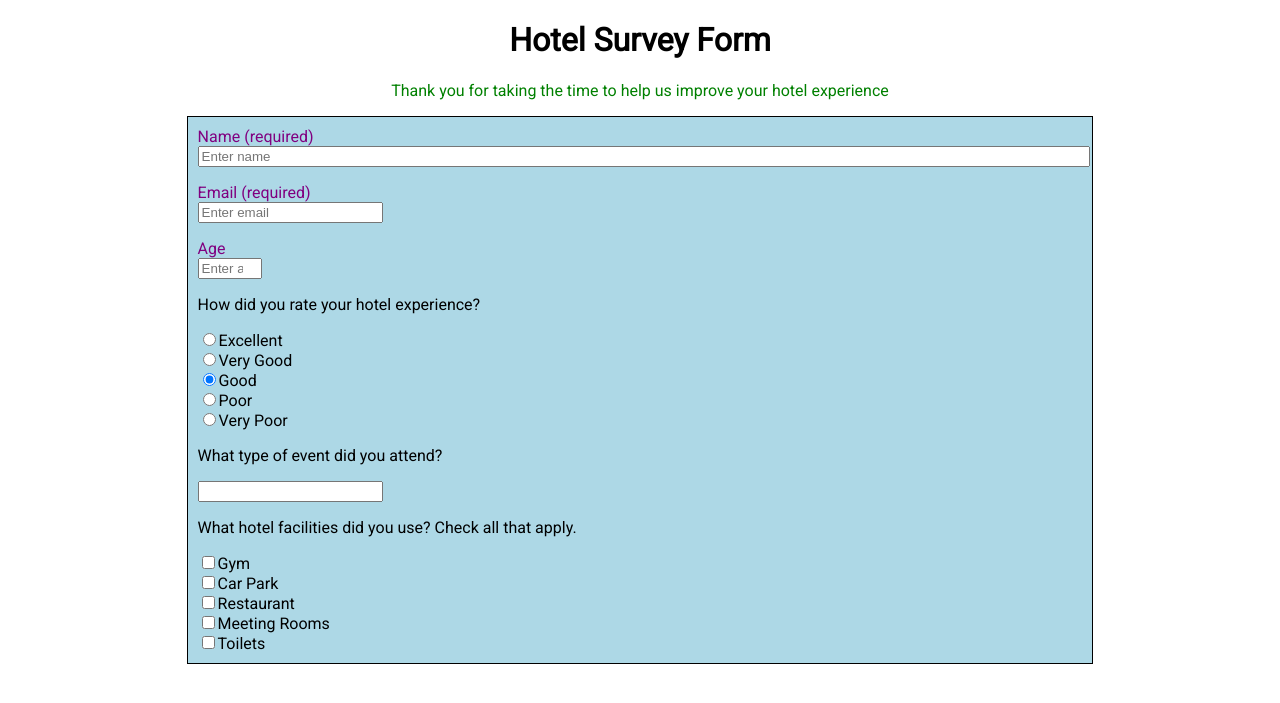
Repository: derektypist/survey-form
Page: index.html
The author's editor kept a record of every edit. The page is drawn from the files as they stood at one moment, then again after the next edit.
The browser window is 1280 px wide. The pictures show the whole page.

Above is the page before.

After the next edit:
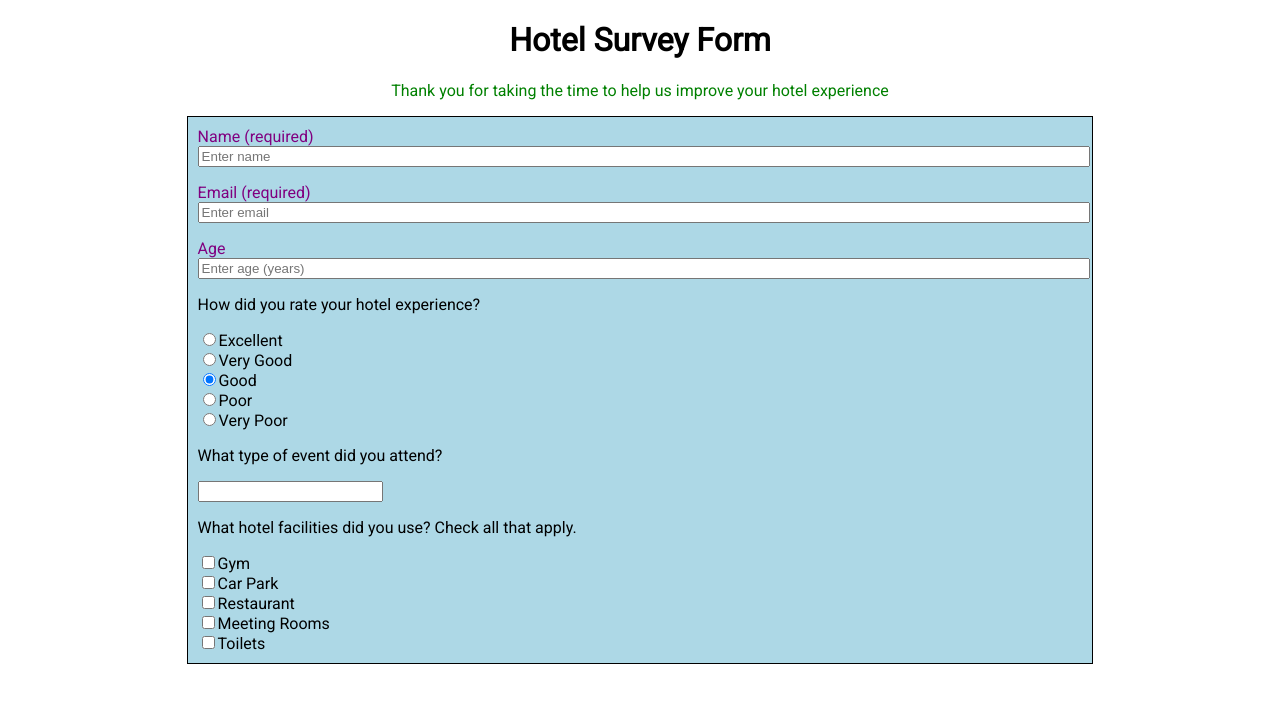
The edit:
--- a/index.html
+++ b/index.html
@@ -49,6 +49,13 @@
             width: 100%;
         }
 
+        #email {
+            width: 100%;
+        }
+
+        #number {
+            width: 100%;
+        }
     </style>
 </head>
 <body>
